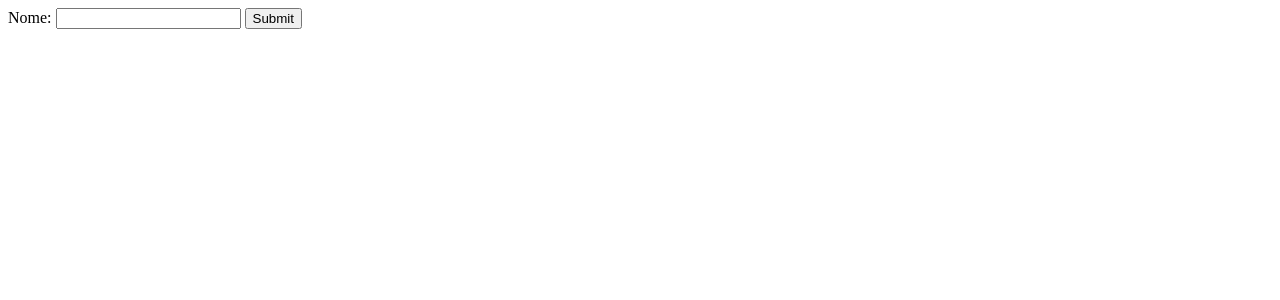
Repository: LucasEstrella/Spring-Boot-Alura-Servlet
Page: http://localhost/gerenciador/formNovaEmpresa.jsp
The author's editor kept a copy of each file at every save. The page is drawn from the files as they stood at one save, then again after the next save.
The browser window is 1280 px wide. The pictures show the whole page.
The page is served by Tomcat 9. Other server files are loaded and not shown.

Above is the page before, as saved 2022-03-19 20:30:41.

### gerenciador/WebContent/formNovaEmpresa.jsp
<%@ taglib uri="http://java.sun.com/jsp/jstl/core" prefix="c" %>
<c:url value="/novaEmpresa" var="linkServletNovaEmpresa"/>

<!DOCTYPE html>
<html>
<head>
<meta charset="ISO-8859-1">
<title>Insert title here</title>
</head>
<body>

	<form action="${linkServletNovaEmpresa}" method="post">

		Nome: <input type="text" name="nome"  />

		<input type="submit" />
	</form>

</body>
</html>

After the next save:
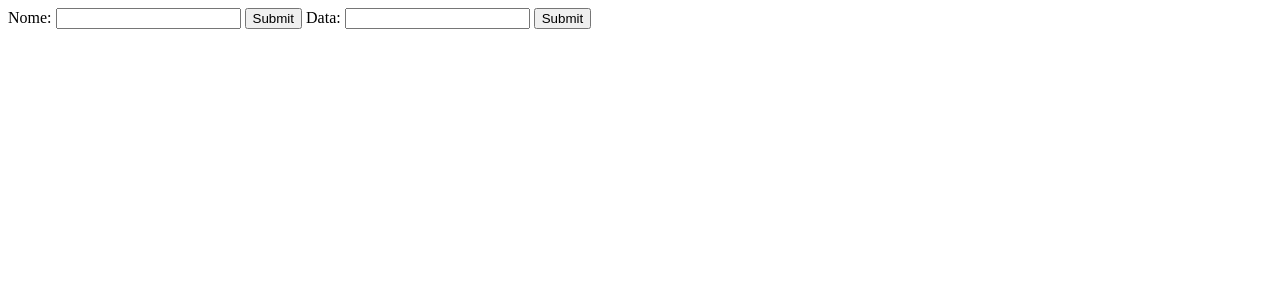
Saved 9 min 9 s later.
--- a/gerenciador/WebContent/formNovaEmpresa.jsp
+++ b/gerenciador/WebContent/formNovaEmpresa.jsp
@@ -14,6 +14,10 @@
 		Nome: <input type="text" name="nome"  />
 
 		<input type="submit" />
+
+		Data: <input type="text" name="data"  />
+
+		<input type="submit" />
 	</form>
 
 </body>
